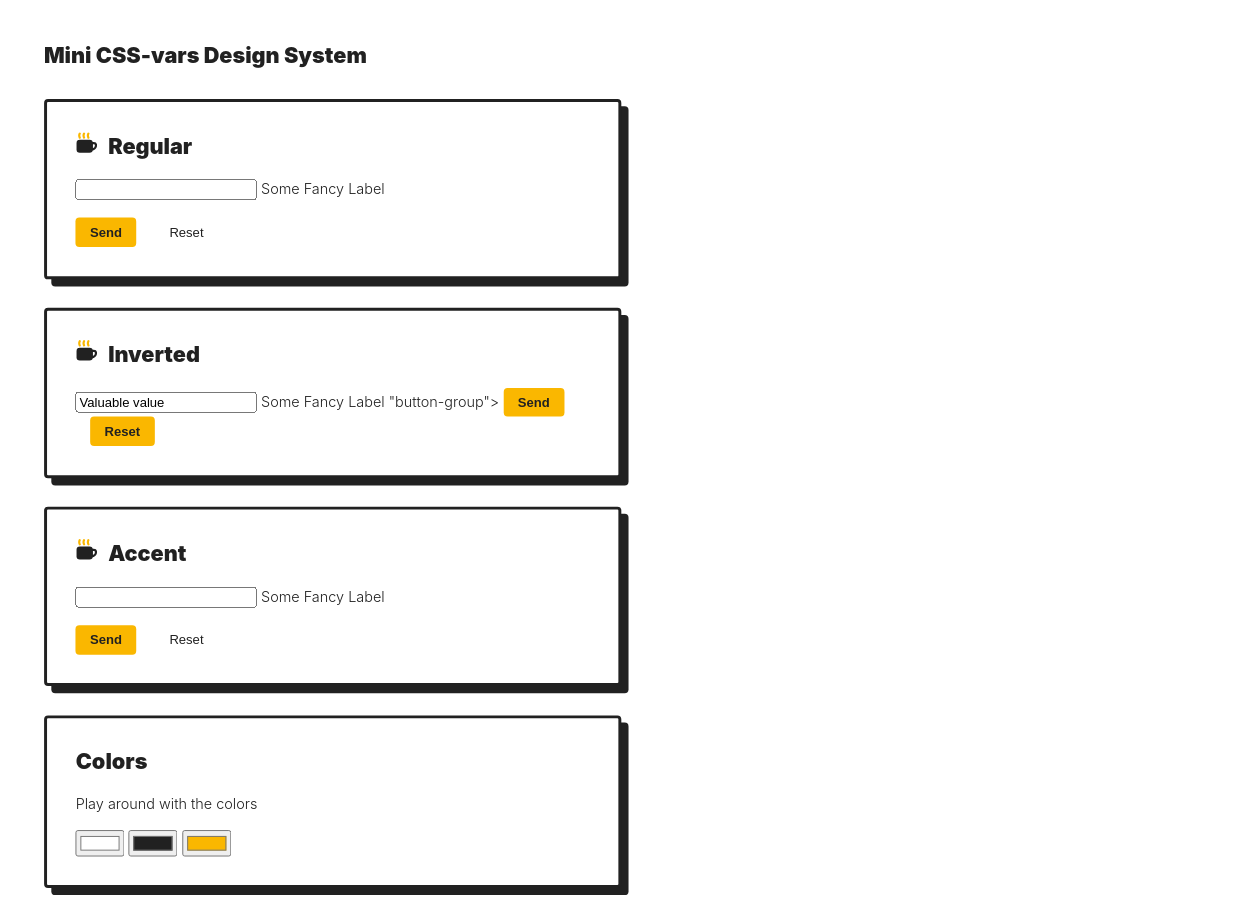
Repository: navid-amini12/capstone-1
Page: quiz.html
An editor plug-in stored every save of this project. The page is shown before and after the next save, followed by the edit.
The browser window is 1280 px wide. The pictures show the whole page, at 98% of full size.
Some web fonts or font styles are not loaded; a fallback is used.

Above is the page before, as saved 2022-05-17 12:16:38.

After the next save:
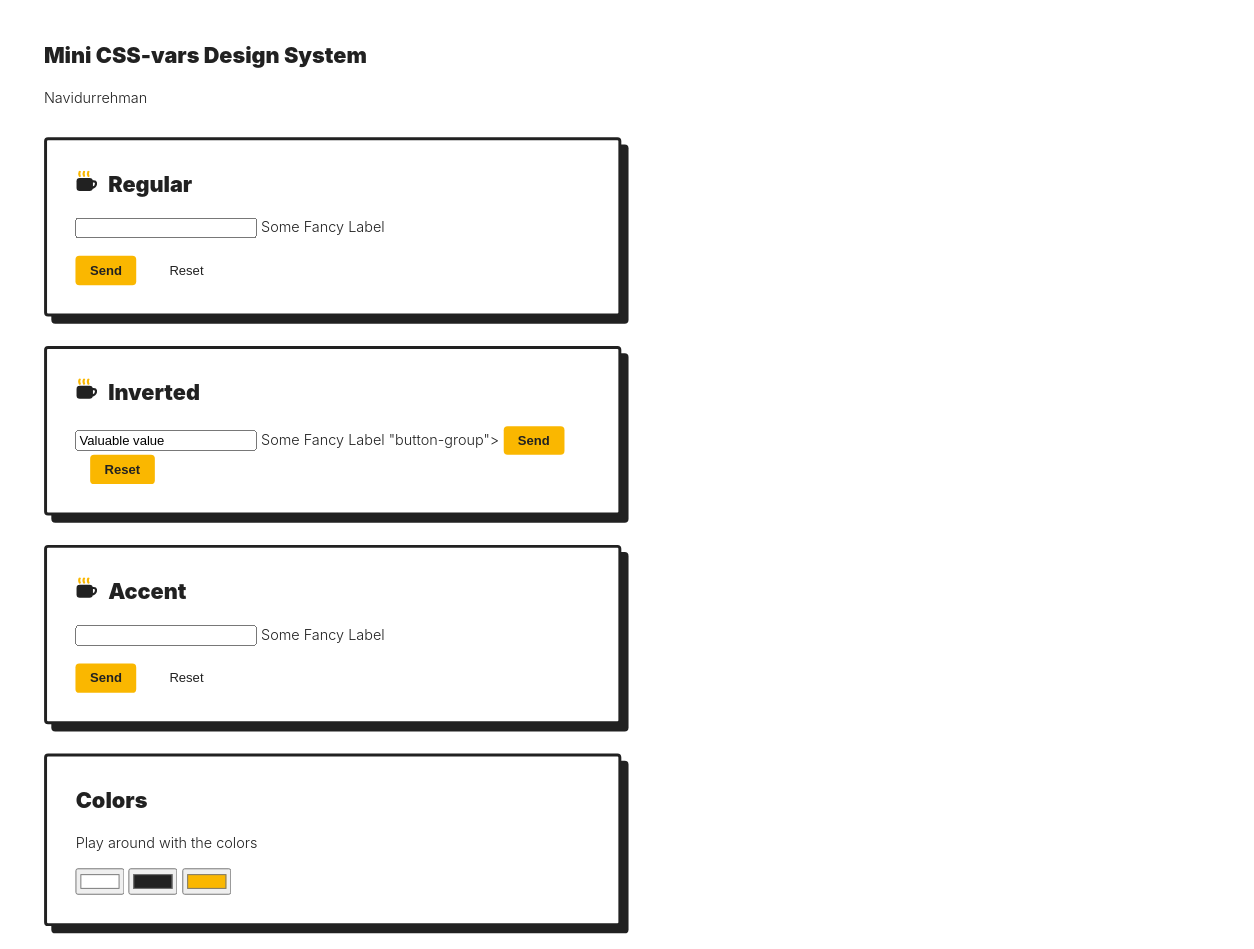
Saved 12 s later.
--- a/quiz.html
+++ b/quiz.html
@@ -6,7 +6,7 @@
 <article class="l-design-widht">
     <h1>Mini CSS-vars Design System</h1>
 
-
+   <p>Navidurrehman</p>
 
     <div class="card">
       <h2><svg class="icon" aria-hidden="true">
